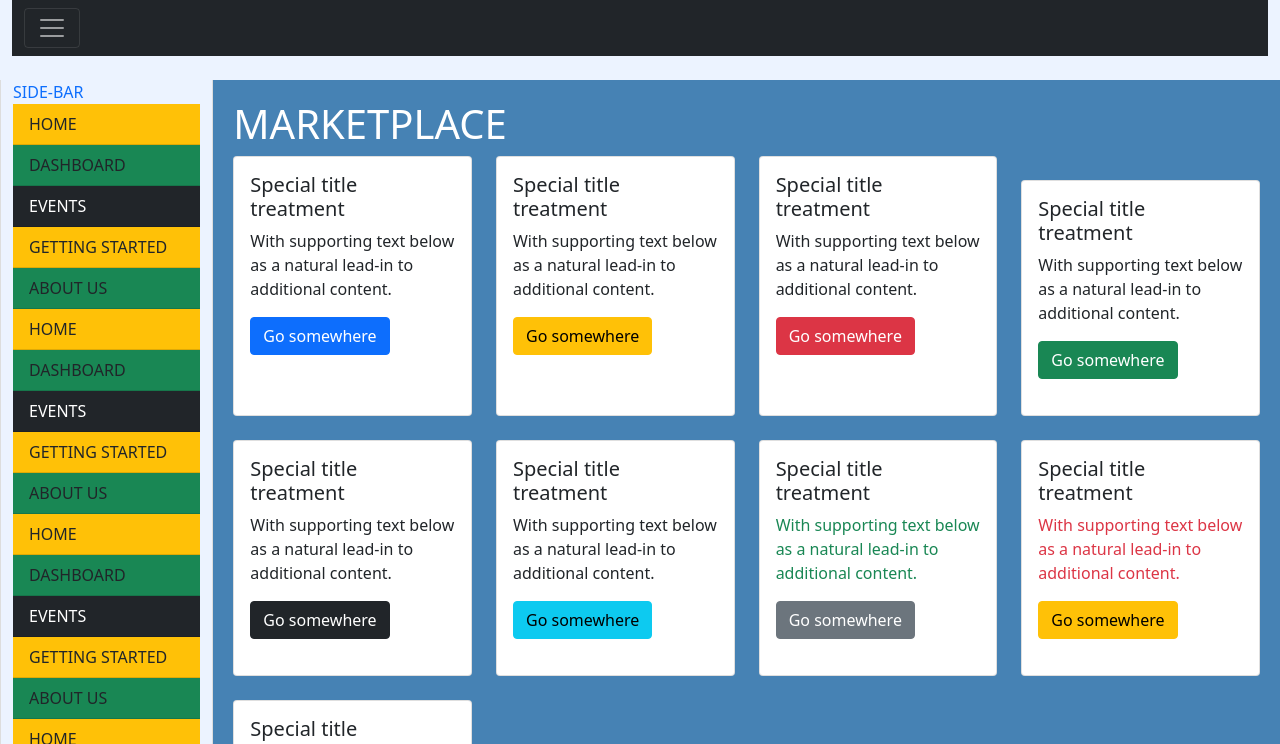
Repository: Dayvid0/BOOTSTRAP-TUTORIALS
Page: cosmos.example.html
An editor plug-in stored every save of this project. The page is shown before and after the next save, followed by the edit.
The browser window is 1280 px wide. The pictures show the whole page.
An inner scrolling area shows only its first screen.

Above is the page before, as saved 2025-01-29 15:58:22.

After the next save:
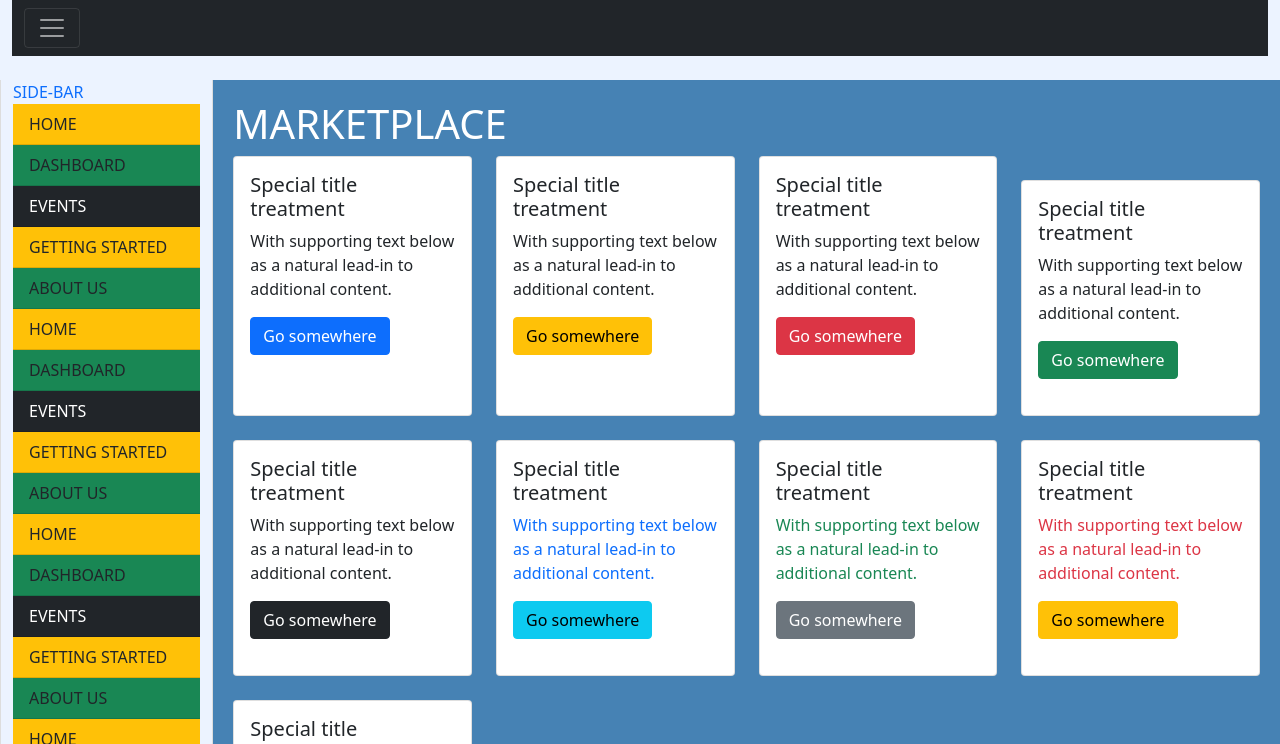
Saved 25 s later.
--- a/cosmos.example.html
+++ b/cosmos.example.html
@@ -141,7 +141,7 @@
               <div class="card">
                 <div class="card-body">
                   <h5 class="card-title">Special title treatment</h5>
-                  <p class="card-text">With supporting text below as a natural lead-in to additional content.</p>
+                  <p class="card-text text-primary">With supporting text below as a natural lead-in to additional content.</p>
                   <a href="#" class="btn btn-info">Go somewhere</a>
                 </div>
               </div>
